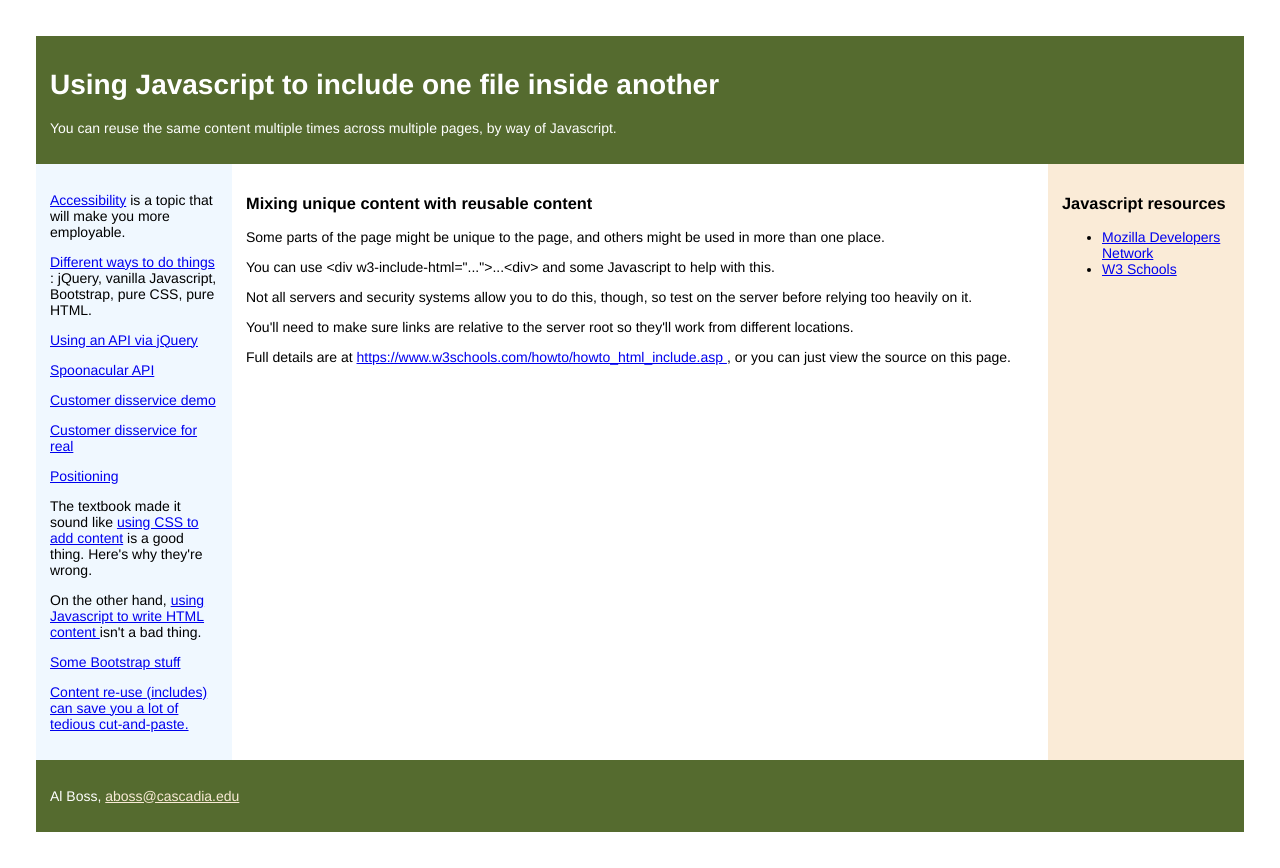
Repository: alboss/bit-175
Page: docs/includes-index.html
The author's editor kept a copy of each file at every save. The page is drawn from the files as they stood at one save, then again after the next save.
The browser window is 1280 px wide. The pictures show the whole page.

Above is the page before, as saved 2023-05-10 17:20:58.

After the next save:
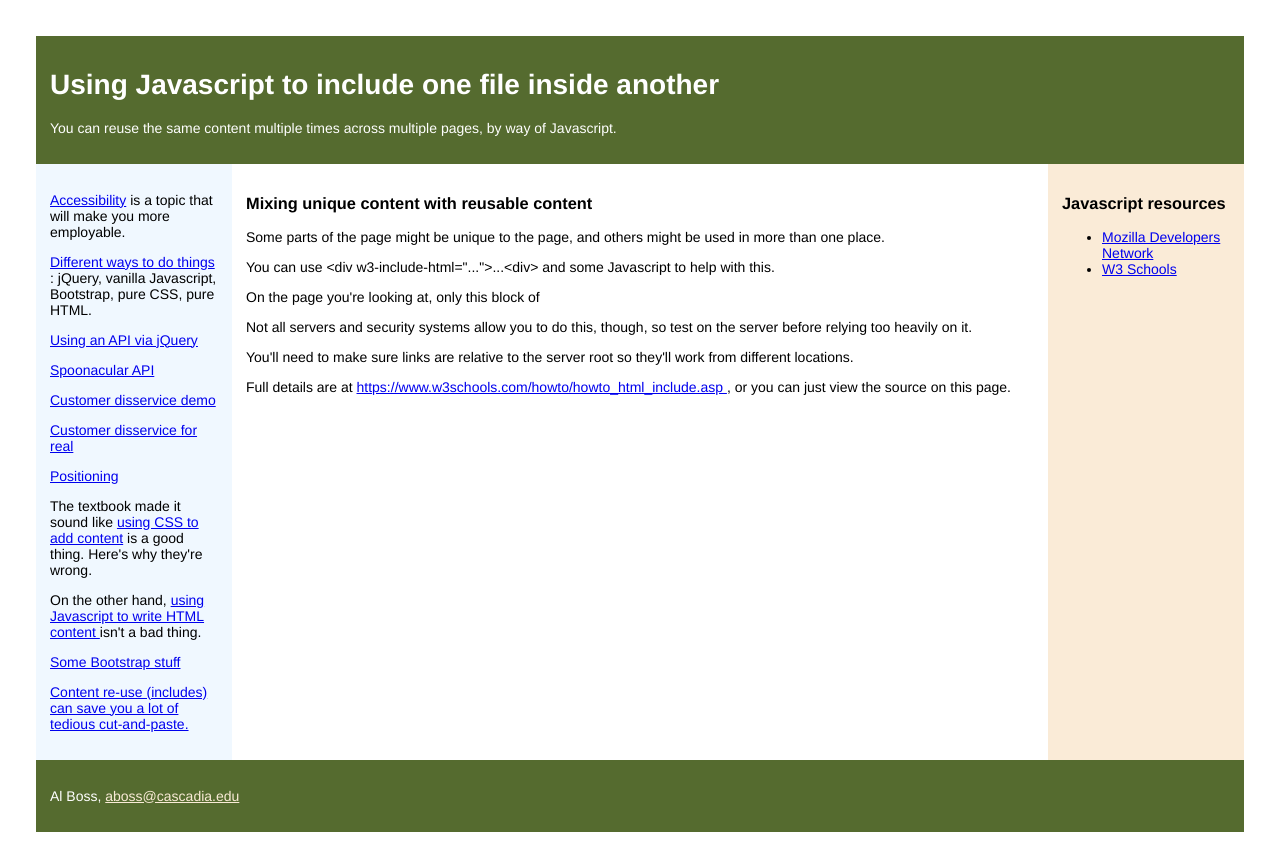
Saved 4 min 28 s later.
--- a/docs/includes-index.html
+++ b/docs/includes-index.html
@@ -69,6 +69,7 @@
           You can use &lt;div w3-include-html="..."&gt;...&lt;div&gt; and some
           Javascript to help with this.
         </p>
+        <p>On the page you're looking at, only this block of </p>
         <p>
           Not all servers and security systems allow you to do this, though, so
           test on the server before relying too heavily on it.
